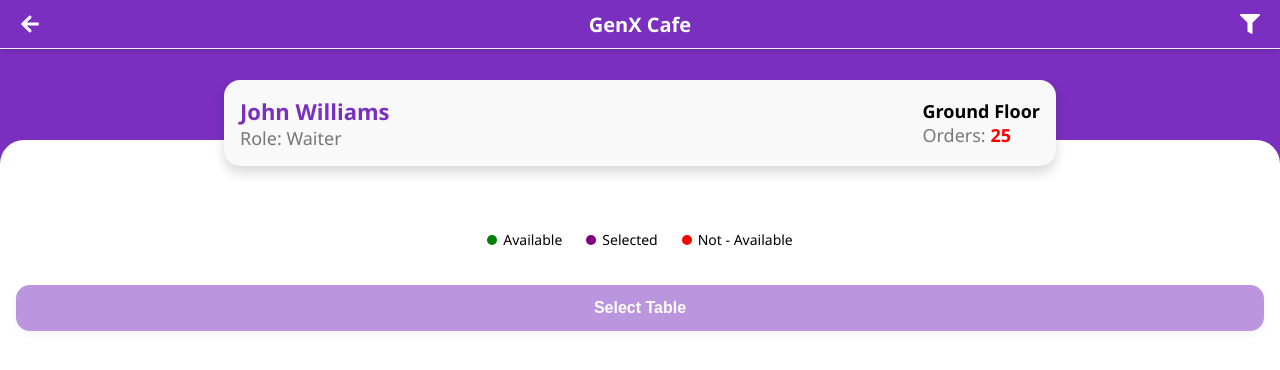
Repository: rajeshwaranslv/sturdy-spork-genx-frontend
Page: /
The author's editor kept a copy of each file at every save. The page is drawn from the files as they stood at one save, then again after the next save.
The browser window is 1280 px wide. The pictures show the whole page.
The page's requests for data from a server got no answer. The project was rebuilt for these pictures with package versions that can differ from the ones it lists, and the page was loaded fresh each time. No one was signed in, and anything a server would have sent is missing. Also part of the build but not shown: src/components/MenuSelection.js, src/components/OrderReview.js, src/components/Billing.js, src/components/Success.js.

Above is the page before, as saved 2025-07-16 14:34:57.

After the next save:
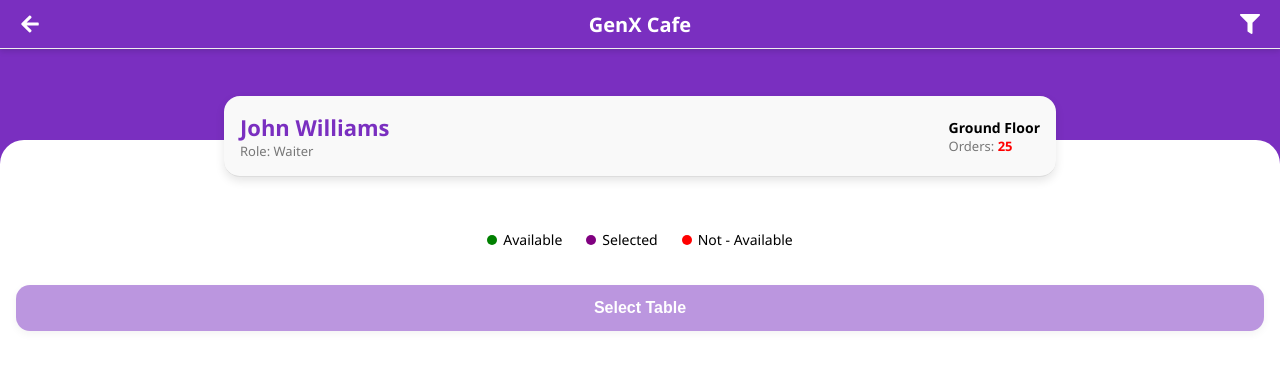
Saved 3 min 48 s later.
--- a/src/components/menu.css
+++ b/src/components/menu.css
@@ -81,3 +81,39 @@
   background-color: #ccc;
   cursor: not-allowed;
 }
+.waiter-card {
+  background: white;
+  border-radius: 16px;
+  box-shadow: 0 4px 10px rgba(0, 0, 0, 0.1);
+  padding: 16px 20px;
+  margin-top: 16px;
+  margin-bottom: 24px; /* 🔹 This creates the space above menu-grid */
+  display: flex;
+  justify-content: space-between;
+  align-items: center;
+}
+
+.waiter-name {
+  color: #7a2fc0;
+  font-weight: bold;
+}
+
+.waiter-role {
+  font-size: 13px;
+  color: #777;
+}
+
+.floor-label {
+  font-weight: bold;
+  font-size: 14px;
+}
+
+.orders-count {
+  font-size: 13px;
+  color: #777;
+}
+
+.order-red {
+  color: red;
+  font-weight: bold;
+}
